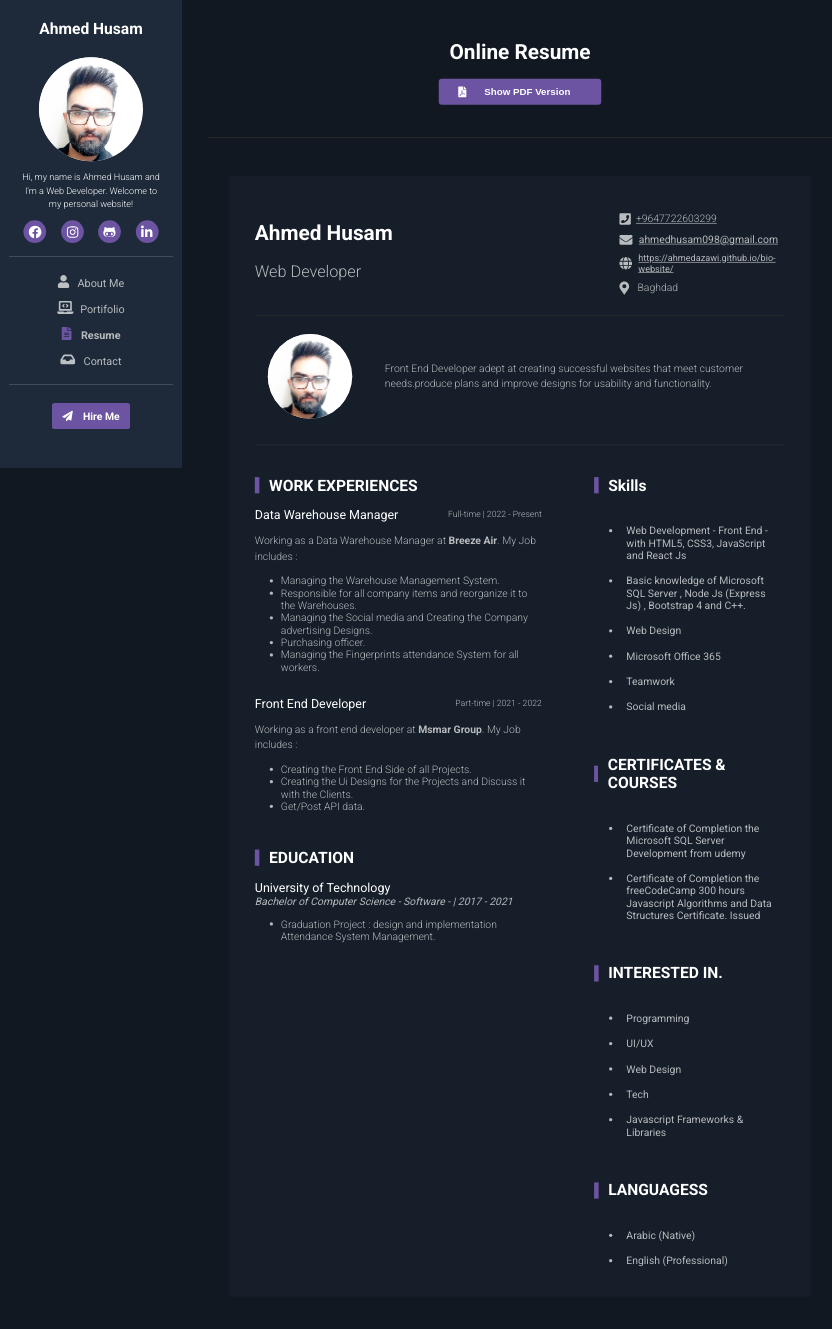
Repository: ahmedazawi/bio-website
Page: /bio-website/resume
The author's editor kept a copy of each file at every save. The page is drawn from the files as they stood at one save, then again after the next save.
The browser window is 1280 px wide. The pictures show the whole page, at 65% of full size.
The project was rebuilt for these pictures with package versions that can differ from the ones it lists, and the page was loaded fresh each time. Also part of the build but not shown: src/assets/css/routes-files/about-me.css, src/components/home/Head.js, src/assets/css/routes-files/cards.css, src/components/home/Card.js, src/components/home/Cards.js, src/components/home/PojectsCard.js, src/components/home/Projects.js, src/views/AboutMe.js and 2 more.

Above is the page before, as saved 2022-08-05 11:41:47.

### public/index.html
<!DOCTYPE html>
<html lang="en">

<head>
  <meta charset="utf-8" />
  <link rel="icon" href="%PUBLIC_URL%/favicon.ico" />
  <!-- <meta name="viewport" content="width=device-width, initial-scale=1" /> -->
  <meta name="viewport" content="width=device-width">
  <meta name="theme-color" content="#000000" />
  <meta name="description" content="Web site created using create-react-app" />
  <link href="https://fonts.googleapis.com/css?family=Roboto:300,400,500,700" rel="stylesheet">
  <!--
      manifest.json provides metadata used when your web app is installed on a
      user's mobile device or desktop. See https://developers.google.com/web/fundamentals/web-app-manifest/
    -->
  <link rel="manifest" href="%PUBLIC_URL%/manifest.json" />
  <!--
      Notice the use of %PUBLIC_URL% in the tags above.
      It will be replaced with the URL of the `public` folder during the build.
      Only files inside the `public` folder can be referenced from the HTML.

      Unlike "/favicon.ico" or "favicon.ico", "%PUBLIC_URL%/favicon.ico" will
      work correctly both with client-side routing and a non-root public URL.
      Learn how to configure a non-root public URL by running `npm run build`.
    -->

  <title>Bio</title>
</head>

<body>
  <noscript>You need to enable JavaScript to run this app.</noscript>
  <div id="root"></div>
  <!--
      This HTML file is a template.
      If you open it directly in the browser, you will see an empty page.

      You can add webfonts, meta tags, or analytics to this file.
      The build step will place the bundled scripts into the <body> tag.

      To begin the development, run `npm start` or `yarn start`.
      To create a production bundle, use `npm run build` or `yarn build`.
    -->

</body>

</html>

### src/App.js
import "./assets/css/App.css";
import Sidebar from "./components/Sidebar";
import AboutMe from "./views/AboutMe";
import Resume from "./views/Resume";
import Portifolio from "./views/Portifolio";
import Contact from "./views/Contact";
import { BrowserRouter, Switch, Route } from "react-router-dom";

function App() {
  return (
    <div className="app">
      <BrowserRouter basename="/bio-website">
        <Sidebar />
        <div className="side-line">
          <Switch>
            <Route exact path="/" component={AboutMe} />
            <Route path="/resume" component={Resume} />
            <Route path="/portifolio" component={Portifolio} />
            <Route path="/contact" component={Contact} />
          </Switch>
        </div>
      </BrowserRouter>
    </div>
  );
}

export default App;

### src/assets/css/App.css
body {
  margin: 0;
  background: rgba(17, 24, 33);
  color: white;
  font-family: "Roboto";
  /* height: 100%; */
}
.app {
  display: flex;
  flex-direction: row;
  justify-content: flex-start;
}
.side-line {
  margin-left: 320px;
  width: 100%;
}
@media only screen and (max-width: 768px) {
  .app {
    flex-direction: column;
  }
  .side-line {
    margin-left: 0;
  }
}
.primary-btn {
  display: flex;
  flex-direction: row;
  border: none;
  color: rgba(255, 255, 255);
  cursor: pointer;
  width: 180px;
  height: 40px;
  background-color: rgb(108, 84, 162);
  justify-content: center;
  align-items: center;
  border-radius: 5px;
  font-weight: 300;
  transition: all 0.5s;
}
.primary-btn > span {
  margin-left: 10px;
  font-weight: bold;
  font-style: normal;
  font-size: 15px;
}
.primary-btn:hover {
  background-color: rgba(108, 84, 162, 0.8);
  transition: all 0.5s;
}
.secondary-btn {
  display: flex;
  flex-direction: row;
  border: none;
  color: rgba(255, 255, 255);
  cursor: pointer;
  width: 180px;
  height: 40px;
  background-color: rgb(48, 68, 91, 0.6);
  justify-content: center;
  align-items: center;
  border-radius: 5px;
  font-weight: 300;
  transition: all 0.5s;
}
.secondary-btn > span {
  margin-left: 10px;
  font-weight: bold;
  font-style: normal;
  font-size: 15px;
}
.secondary-btn:hover {
  background-color: rgb(48, 68, 91, 1);
  transition: all 0.5s;
}
/* ----------- portifolio & Contact page  ------------*/
.portifolio-header {
  display: flex;
  flex-direction: column;
  align-items: center;
  width: 100%;
}
.portifolio-header > h1 {
  margin-top: 60px;
}
.portifolio-header > p,
span {
  text-align: center;
  width: 70%;
  line-height: 1.5em;
  font-weight: lighter;
  color: rgb(184, 186, 189);
  margin: 0;
}
.portifolio-header > p > a {
  color: rgb(108, 84, 162);
  text-decoration: none;
  font-size: 18px;
}
.portifolio-header > p > a:hover {
  text-decoration: underline;
}
.portifolio-header .contact-icons {
  display: flex;
  flex-direction: row;
  flex-wrap: wrap;
  justify-content: space-between;
  width: 250px;
}
/* ----------------- */
/* ------------ resume page ------------ */
.resume {
  display: flex;
  flex-direction: column;
  align-items: center;
  justify-content: center;
  background-color: rgb(21, 30, 41);
  width: 85%;
  height: 100%;
  padding: 20px 40px;
  margin: 50px 0;
  border-radius: 5px;
}
.resume-head {
  display: flex;
  flex-direction: row;
  justify-content: flex-start;
  align-items: center;
  width: 100%;
}
.resume-head div:first-of-type {
  width: 80%;
}
.resume-head .resume-contact {
  margin-top: 25px;
  padding: 5px;
  display: flex;
  flex-direction: column;
  align-items: flex-start;
  color: rgb(185, 188, 191);
}

.resume-head .resume-contact > div {
  display: flex;
  flex-direction: row;
  align-items: center;
  padding: 5px 0;
  border-left: 1px solid rgb(30, 30, 43);
}
.resume-introduction {
  display: flex;
  flex-direction: row;
  align-items: center;
  padding: 20px;
}
.resume-intro-p {
  margin-left: 50px;
}
.resume-intro-p p {
  line-height: 1.5em;
  font-weight: lighter;
  color: rgb(184, 186, 189);
}

.resume-description {
  display: flex;
  flex-direction: row;
  justify-content: flex-start;
  width: 100%;
}

.resume-description p,
small {
  line-height: 1.5em;
  font-weight: lighter;
  color: rgb(184, 186, 189);
}
.resume-description big {
  color: white;
}
.resume-section-one {
  width: 60%;
  display: flex;
  flex-direction: column;
}
.resume-section-two {
  width: 40%;
  margin-left: 80px;
}
.resume-title {
  display: flex;
  flex-direction: row;
  align-items: center;
  margin-top: 20px;
}
.resume-title > div {
  width: 7px;
  height: 25px;
  background-color: rgb(108, 84, 162);
  margin-right: 15px;
}
.resume-inside-title {
  display: flex;
  flex-direction: row;
  align-items: center;
  justify-content: space-between;
}
.section-two-divs {
  display: flex;
  flex-direction: column;
  justify-content: flex-start;
  color: rgb(184, 186, 189);
}
.section-two-divs > ul > li {
  padding: 10px;
}
@media only screen and (max-width: 1060px) {
  .resume-description {
    flex-direction: column;
  }
  .resume-section-one {
    width: 100%;
    display: flex;
    flex-direction: column;
  }
  .resume-section-two {
    width: 100%;
    margin-left: 0;
  }
}
@media only screen and (max-width: 600px) {
  .resume {
    width: 70vw;
  }
  .resume-head {
    flex-direction: column;
    justify-content: center;
    align-items: flex-start;
    width: 100%;
  }
  .resume-introduction {
    flex-direction: column;
  }
  .resume-intro-p {
    margin-left: 0;
  }
  .resume-intro-p p {
    line-height: 1.5em;
    font-weight: lighter;
    color: rgb(184, 186, 189);
    text-align: center;
  }
}
@media only screen and (max-width: 300px) {
  .resume-contact > div {
    margin: 0;
    flex-wrap: wrap;
  }
  .resume-head {
    padding: 0;
  }
}

### src/views/Resume.js
import React from "react";
import Img from "../assets/images/20211023_173933.jpg";
import { FontAwesomeIcon } from "@fortawesome/react-fontawesome";
import {
  faFilePdf,
  faPhoneSquare,
  faEnvelope,
  faGlobe,
  faMapMarkerAlt,
} from "@fortawesome/free-solid-svg-icons";
const Resume = () => {
  return (
    <div
      style={{
        display: "flex",
        flexDirection: "column",
        alignItems: "center",
      }}
    >
      <div
        style={{
          display: "flex",
          flexDirection: "column",
          alignItems: "center",
          marginTop: "40px",
        }}
      >
        <h1>Online Resume</h1>
        <a
          href="https://drive.google.com/file/d/15pAaGeQzM7rIs7e_jr2EU6NALuMMxu7G/view?usp=sharing"
          style={{
            textDecoration: "none",
          }}
        >
          <button
            style={{ width: "250px", color: "white" }}
            className="primary-btn"
          >
            <FontAwesomeIcon icon={faFilePdf} size="lg" />
            <span style={{ color: "white" }}>Show PDF Version</span>
          </button>
        </a>
      </div>
      <hr
        style={{
          width: "100%",
          marginTop: "50px",
          border: "none",
          height: "1px",
          backgroundColor: "rgb(49, 48, 48)",
        }}
      />

      {/* -------------- */}
      <div className="resume">
        <div className="resume-head">
          <div>
            <h1>Ahmed Husam</h1>
            <span style={{ fontSize: "25px" }}>Web Developer</span>
          </div>
          <div className="resume-contact">
            <div>
              <FontAwesomeIcon icon={faPhoneSquare} size="lg" />
              <span style={{ textDecoration: "underline" }}>
                +9647722603299
              </span>
            </div>
            <div>
              <FontAwesomeIcon
                icon={faEnvelope}
                style={{ marginRight: "10px" }}
                size="lg"
              />
              <a
                href="mailto:ahmedhusam098@gmail.com"
                style={{ color: "rgb(184,186,189)" }}
              >
                ahmedhusam098@gmail.com
              </a>
            </div>
            <div>
              <FontAwesomeIcon
                icon={faGlobe}
                style={{ marginRight: "10px" }}
                size="lg"
              />
              <a
                href="https://ahmedazawi.github.io/bio-website/"
                style={{ color: "rgb(184,186,189)", fontSize: "14px" }}
              >
                https://ahmedazawi.github.io/bio-website/
              </a>
            </div>
            <div>
              <FontAwesomeIcon
                icon={faMapMarkerAlt}
                style={{ marginRight: "13px" }}
                size="lg"
              />
              <span style={{ color: "rgb(184,186,189)", marginLeft: "0" }}>
                Baghdad
              </span>
            </div>
          </div>
        </div>

        {/* -------- */}
        <hr
          style={{
            width: "100%",
            marginTop: "20px",
            border: "none",
            height: "1px",
            backgroundColor: "rgb(49, 48, 48)",
          }}
        />

        <div className="resume-introduction">
          <div>
            <div
              style={{ width: "130px", height: "130px" }}
              className="circle-img"
            >
              <img src={Img} alt="Portifolio-img" />
            </div>
          </div>
          <div className="resume-intro-p">
            <p>
              Front End Developer adept at creating successful websites that
              meet customer needs.produce plans and improve designs for
              usability and functionality.
            </p>
          </div>
        </div>
        <hr
          style={{
            width: "100%",
            marginTop: "20px",
            border: "none",
            height: "1px",
            backgroundColor: "rgb(49, 48, 48)",
          }}
        />

        <div className="resume-description">
          <div className="resume-section-one">
            <div className="resume-title">
              <div></div>
              <h2>WORK EXPERIENCES</h2>
            </div>
            <div>
              <div className="resume-inside-title">
                <big>Data Warehouse Manager</big>
                <small>Full-time | 2022 - Present</small>
              </div>
              <p>
                Working as a Data Warehouse Manager at <b>Breeze Air</b>. My Job
                includes :
              </p>
              <ul
                style={{
                  fontWeight: "lighter",
                  color: "rgb(184, 186, 189) ",
                }}
              >
                <li>Managing the Warehouse Management System.</li>
                <li>
                  Responsible for all company items and reorganize it to the
                  Warehouses.
                </li>
                <li>
                  Managing the Social media and Creating the Company advertising
                  Designs.
                </li>
                <li>Purchasing officer.</li>
                <li>
                  Managing the Fingerprints attendance System for all workers.
                </li>
              </ul>
            </div>
            <br />
            <div>
              <div className="resume-inside-title">
                <big>Front End Developer</big>
                <small>Part-time | 2021 - 2022</small>
              </div>
              <p>
                Working as a front end developer at <b>Msmar Group</b>. My Job
                includes :
              </p>
              <ul
                style={{
                  fontWeight: "lighter",
                  color: "rgb(184, 186, 189) ",
                }}
              >
                <li>Creating the Front End Side of all Projects.</li>
                <li>
                  Creating the Ui Designs for the Projects and Discuss it with
                  the Clients.
                </li>
                <li>Get/Post API data.</li>
              </ul>
            </div>
            <div className="resume-title">
              <div></div>
              <h2>EDUCATION</h2>
            </div>
            <div>
              <big style={{ marginBottom: "20px" }}>
                University of Technology
              </big>
              <br />
              <i style={{ color: "rgb(184,186,189)" }}>
                Bachelor of Computer Science - Software - | 2017 - 2021
              </i>
              <ul
                style={{
                  fontWeight: "lighter",
                  color: "rgb(184, 186, 189) ",
                }}
              >
                <li>
                  Graduation Project : design and implementation Attendance
                  System Management.
                </li>
              </ul>
            </div>
          </div>

          <div className="resume-section-two">
            <div className="resume-title">
              <div></div>
              <h2>Skills</h2>
            </div>
            <div className="section-two-divs">
              <ul>
                <li>
                  Web Development - Front End - with HTML5, CSS3, JavaScript and
                  React Js
                </li>
                <li>
                  Basic knowledge of Microsoft SQL Server , Node Js (Express Js)
                  , Bootstrap 4 and C++.
                </li>
                <li>Web Design</li>
                <li>Microsoft Office 365</li>
                <li>Teamwork</li>
                <li>Social media</li>
              </ul>
            </div>
            <div className="resume-title">
              <div></div>
              <h2>CERTIFICATES & COURSES</h2>
            </div>
            <div className="section-two-divs">
              <ul>
                <li>
                  Certificate of Completion the Microsoft SQL Server Development
                  from udemy
                </li>
                <li>
                  Certificate of Completion the freeCodeCamp 300 hours
                  Javascript Algorithms and Data Structures Certificate. Issued
                </li>
              </ul>
            </div>
            <div className="resume-title">
              <div></div>
              <h2>INTERESTED IN.</h2>
            </div>
            <div className="section-two-divs">
              <ul>
                <li>Programming</li>
                <li>UI/UX</li>
                <li>Web Design</li>
                <li>Tech</li>
                <li>Javascript Frameworks & Libraries</li>
              </ul>
            </div>
            <div className="resume-title">
              <div></div>
              <h2>LANGUAGESS</h2>
            </div>
            <div className="section-two-divs">
              <ul>
                <li>Arabic (Native)</li>
                <li>English (Professional)</li>
              </ul>
            </div>
          </div>
        </div>
      </div>
    </div>
  );
};

export default Resume;

### src/assets/css/sidebar.css
.sidebar {
  display: flex;
  flex-direction: column;
  align-items: center;
  position: fixed;
  width: 280px;
  height: 100%;
  background-color: rgba(30, 42, 58);
}
.navbar {
  background-color: rgba(30, 42, 58);
  min-width: 100%;
  height: 50px;
  /* top: -100px; */
  display: none;
  justify-content: flex-end;
  align-items: center;
  z-index: 3;
}
.section-one {
  display: flex;
  flex-direction: column;
  align-items: center;
}

.circle-img {
  width: 160px;
  height: 160px;
  border-radius: 50%;
  overflow: hidden;
  background-color: white;
  /* border: 1px solid rgba(108, 84, 162); */
}
.circle-img > img {
  width: 90%;
}
.section-one > p {
  text-align: center;
  font-weight: lighter;
  line-height: 1.5;
  font-size: 14px;
  width: 80%;
}
.social-circles {
  display: flex;
  flex-direction: row;
  justify-content: space-evenly;
  width: 90%;
}
.social-circles > div {
  width: 35px;
  height: 35px;
  border-radius: 50%;
  overflow: hidden;
  background: rgb(108, 84, 162);
  display: flex;
  justify-content: center;
  align-items: center;
}

.section-two {
  display: flex;
  flex-direction: column;
  align-items: center;
  width: 200px;
  margin-top: 20px;
}
.section-nav-link {
  text-decoration: none;
  color: rgb(188, 192, 196);
  transition: all 0.3s;
  -webkit-transition: all 0.3s;
  -moz-transition: all 0.3s;
  -ms-transition: all 0.3s;
  -o-transition: all 0.3s;
  font-weight: 600;
}
.section-nav-link:hover {
  color: white;
  transition: all 0.3s;
  -webkit-transition: all 0.3s;
  -moz-transition: all 0.3s;
  -ms-transition: all 0.3s;
  -o-transition: all 0.3s;
}
.nav-link {
  display: flex;
  flex-direction: row;
  /* align-items: center; */
  width: auto;
  height: 40px;
  font-size: 20px;
  /* margin-left: 15px; */
}

.nav-link > small {
  margin-left: 10px;
}
.hamburger {
  display: none;
  margin-right: 30px;
}

.bar {
  display: block;
  width: 25px;
  height: 3px;
  margin: 5px auto;
  -webkit-transition: all 0.3s ease-in-out;
  -moz-transition: all 0.3s ease-in-out;
  -ms-transition: all 0.3s ease-in-out;
  -o-transition: all 0.3s ease-in-out;
  transition: all 0.3s ease-in-out;
  background-color: white;
}

.bar-active {
  /* top: 0; */
  display: flex;
}
@media only screen and (max-width: 768px) {
  .sidebar {
    position: absolute;
    opacity: 0;
    -webkit-opacity: 0;
    flex-direction: column;
    width: 100%;
    height: 100%;
    border-bottom-right-radius: 10px;
    border-bottom-left-radius: 10px;
    transition: all 0.6s;
    -webkit-transition: all 0.3s;
    -moz-transition: all 0.3s;
    -ms-transition: all 0.3s;
    -o-transition: all 0.3s;
    text-align: center;
    box-shadow: 0 10px 27px rgba(0, 0, 0, 0.05);
    overflow: scroll;
    z-index: 1;
  }
  .sidebar-2 {
    top: -100%;
  }
  .sidebar.active {
    top: 0;
    transition: all 0.5s;
    opacity: 1;
    -webkit-opacity: 1;
    height: 100%;
  }
  .sidebar.active-2 {
    position: relative;
  }
  .hamburger {
    display: block;
    cursor: pointer;
  }

  .hamburger.active .bar:nth-child(2) {
    opacity: 0;
    -webkit-opacity: 0;
  }

  .hamburger.active .bar:nth-child(1) {
    transform: translateY(8px) rotate(45deg);
  }

  .hamburger.active .bar:nth-child(3) {
    transform: translateY(-8px) rotate(-45deg);
  }
  .navbar {
    display: flex;
    width: 100%;
  }
}

Loaded but not shown: src/index.js (common file); src/components/Sidebar.js (254 lines, source omitted)

After the next save:
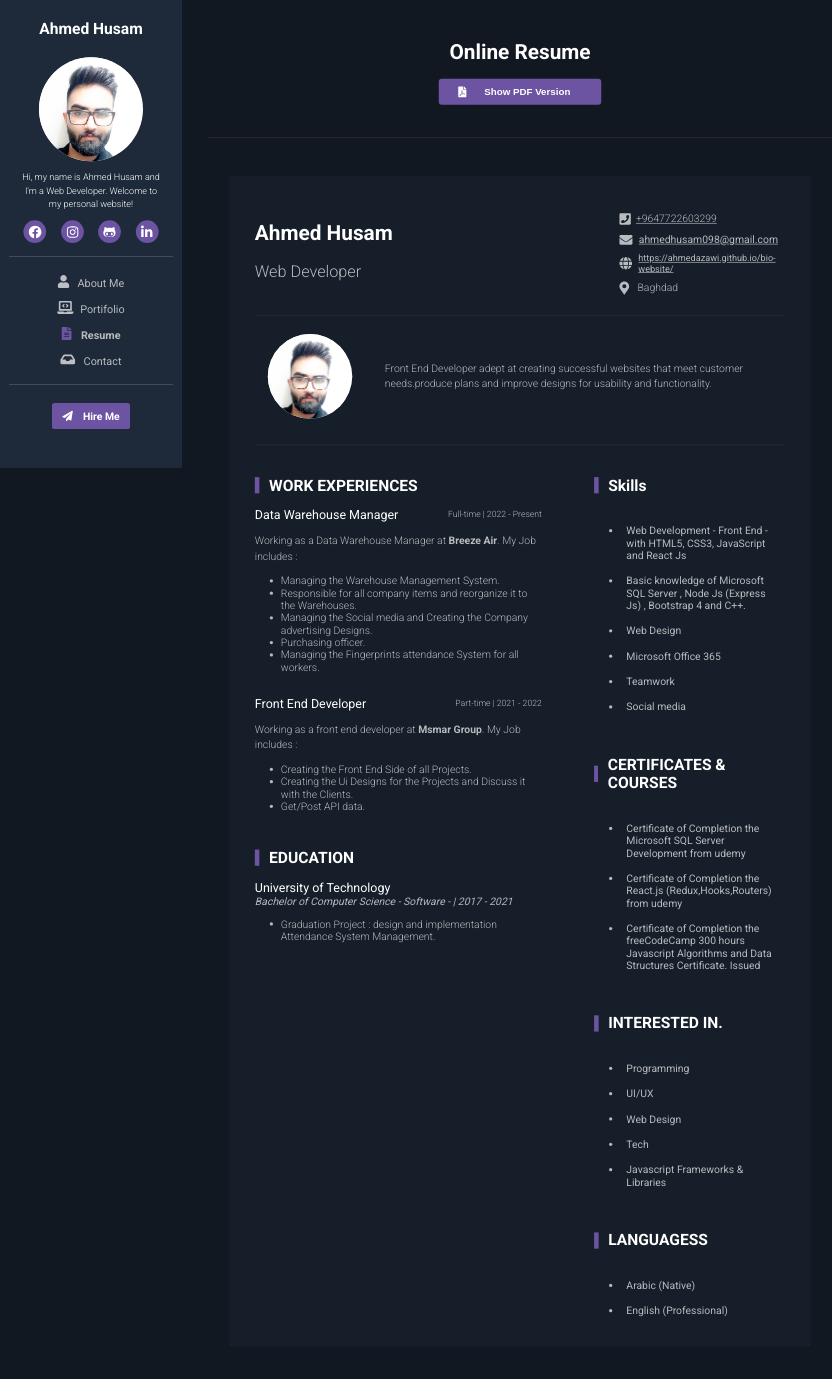
Saved 4 min 23 s later.
--- a/src/views/Resume.js
+++ b/src/views/Resume.js
@@ -260,6 +260,10 @@ const Resume = () => {
                   from udemy
                 </li>
                 <li>
+                  Certificate of Completion the React.js (Redux,Hooks,Routers)
+                  from udemy
+                </li>
+                <li>
                   Certificate of Completion the freeCodeCamp 300 hours
                   Javascript Algorithms and Data Structures Certificate. Issued
                 </li>
